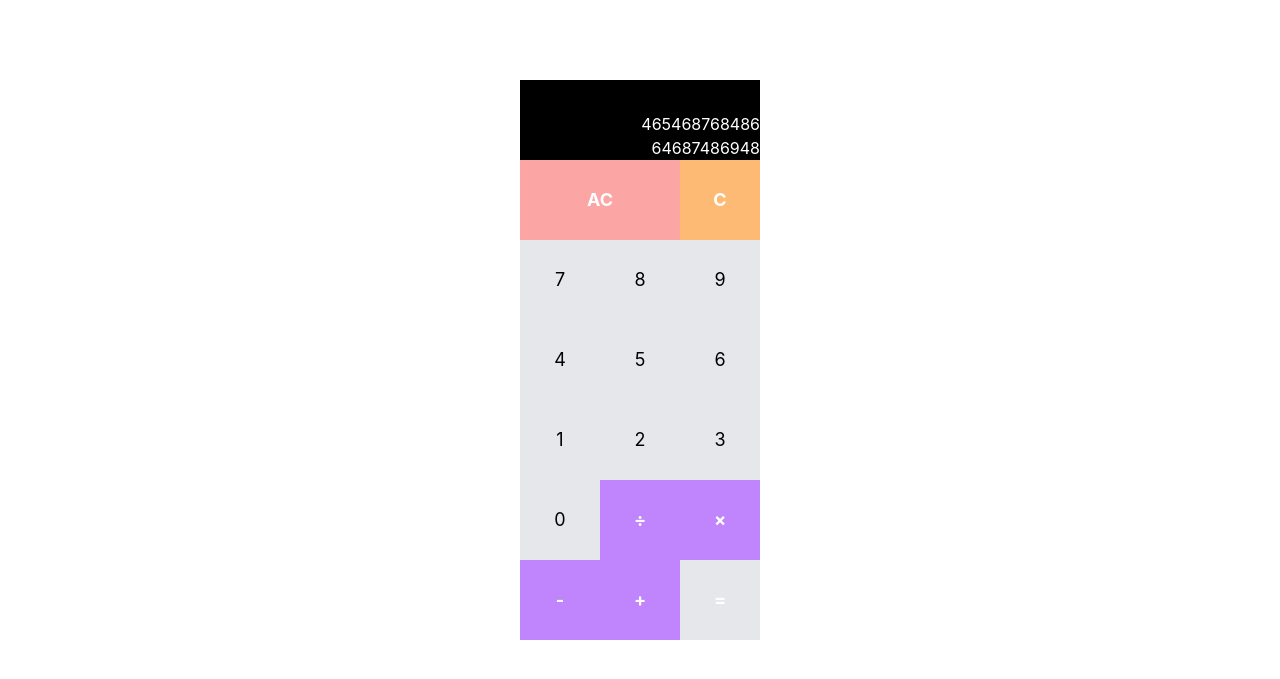
Repository: BrianPhamDev/calculator_app
Page: /
These files come from the project's save history. The page is drawn as it stood at one moment and after the next save; the edit follows.
The browser window is 1280 px wide. The pictures show the whole page.
The project was rebuilt for these pictures with package versions that can differ from the ones it lists, and the page was loaded fresh each time. Also part of the build but not shown: vite.config.js.

Above is the page before, as saved 2024-01-09 14:38:56.

### src/App.jsx
import Calculator from "./components/Calculator";

function App() {
  return (
    <>
      <div className="flex items-center justify-center w-screen h-screen">
        <Calculator></Calculator>
      </div>
    </>
  );
}

export default App;

### src/components/Calculator.jsx
import { calculatorButtons } from "../globals/calculator-button-data";
import { useState } from "react";

const Calculator = () => {
  const specialTypes = {
    operator: "bg-purple-400 hover:bg-purple-300 text-white font-bold",
    enter: "bg-blue-400 hover:bg-blue-300 text-white font-bold",
  };
  const specialClasses = {
    ac: "col-span-2 w-40 bg-red-300 text-white font-bold hover:bg-red-400",
    c: "bg-orange-300 text-white font-bold hover:bg-orange-400",
  };

  const [display, setDisplay] = useState();

  return (
    <div className="">
      <div className="w-60 h-20 bg-black text-white flex flex-col items-end justify-end">
        <div className="previous">465468768486</div>
        <div className="current">64687486948</div>
      </div>

      <div className="grid grid-cols-3">
        {calculatorButtons.map((button) => {
          return (
            <div
              key={button.className}
              className={`bg-gray-200 flex items-center justify-center w-20 h-20 hover:bg-slate-300 text-lg  ${
                specialClasses[button.className] || ""
              }
              ${specialTypes[button.type] || ""}`}
            >
              {button.text}
            </div>
          );
        })}
      </div>
    </div>
  );
};

export default Calculator;

### src/globals/calculator-button-data.js
export const calculatorButtons = [
  {
    type: "clear",
    className: "ac",
    text: "AC",
    value: "All Clear",
  },
  {
    type: "clear",
    className: "c",
    text: "C",
    value: "Clear",
  },
  {
    type: "number",
    className: "seven",
    text: 7,
    value: 7,
  },
  {
    type: "number",
    className: "eight",
    text: 8,
    value: 8,
  },
  {
    type: "number",
    className: "nine",
    text: 9,
    value: 9,
  },

  {
    type: "number",
    className: "four",
    text: 4,
    value: 4,
  },
  {
    type: "number",
    className: "five",
    text: 5,
    value: 5,
  },
  {
    type: "number",
    className: "six",
    text: 6,
    value: 6,
  },

  {
    type: "number",
    className: "one",
    text: 1,
    value: 1,
  },
  {
    type: "number",
    className: "two",
    text: 2,
    value: 2,
  },
  {
    type: "number",
    className: "three",
    text: 3,
    value: 3,
  },
  {
    type: "number",
    className: "zero",
    text: 0,
    value: 0,
  },
  {
    type: "operator",
    className: "divide",
    text: "\u00f7",
    value: "Divide",
  },
  {
    type: "operator",
    className: "multiply",
    text: "\u00d7",
    value: "Multiply",
  },
  {
    type: "operator",
    className: "subtract",
    text: "-",
    value: "Subtract",
  },

  {
    type: "operator",
    className: "add",
    text: "+",
    value: "Add",
  },
  {
    type: "enter",
    className: "equal",
    text: "=",
    value: "Equal",
  },
];

Loaded but not shown: index.html (common file); src/main.jsx (common file); src/index.css (common file); tailwind.config.js (common file)

After the next save:
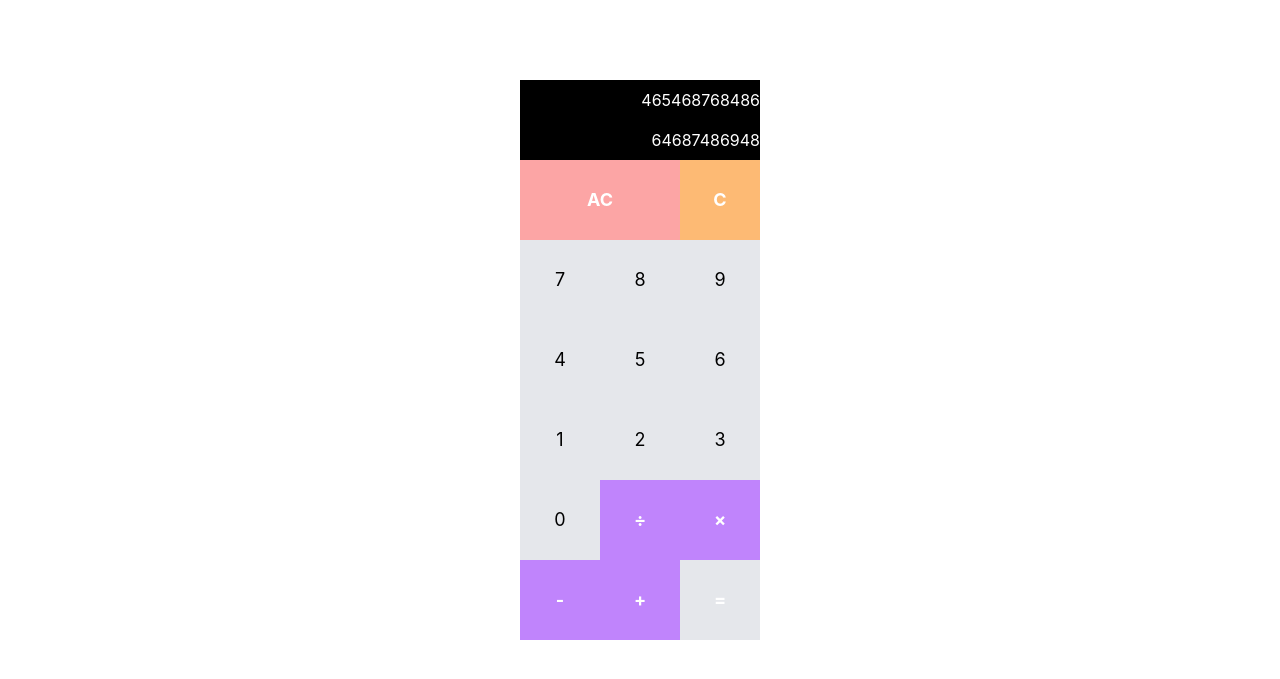
Saved 11 s later.
--- a/src/components/Calculator.jsx
+++ b/src/components/Calculator.jsx
@@ -15,7 +15,7 @@ const Calculator = () => {
 
   return (
     <div className="">
-      <div className="w-60 h-20 bg-black text-white flex flex-col items-end justify-end">
+      <div className="w-60 h-20 bg-black text-white flex flex-col items-end justify-around">
         <div className="previous">465468768486</div>
         <div className="current">64687486948</div>
       </div>
